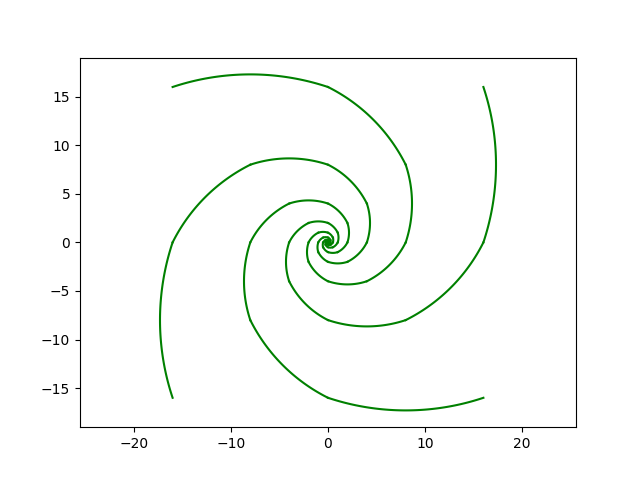
Repository: lbylzkx/Circle-Point-Manuscript
Script's output: python 卍spiral.py
These files come from the project's save history. The script's output is drawn as it stood at one moment and after the next save; the edit follows.
Random numbers start from a fixed seed.

Above is the script's output before, as saved 2023-09-25 16:58:13.

After the next save:
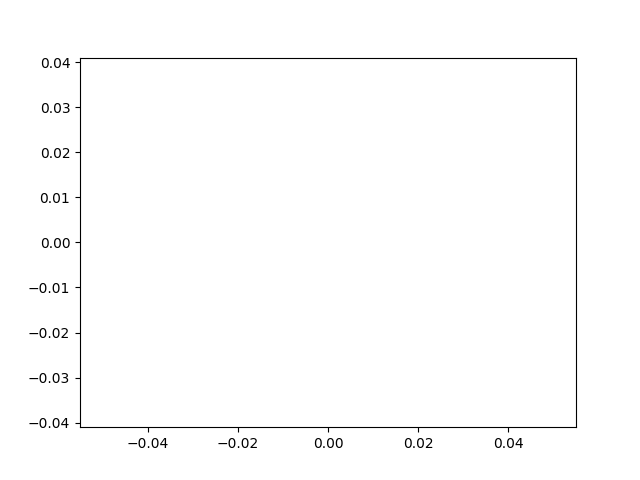
Saved 15 s later.
--- a/卍spiral.py
+++ b/卍spiral.py
@@ -67,11 +67,11 @@ def loutus_y_to_inverse(n, thelta=0):
 
 # 正旋
 # anticlockwise
-for alpha in range(0, 4):
-    for n in range(-10, 9):
-        arc_inverse((loutus_x_center(n, alpha*np.pi/2), loutus_y_center(n, alpha*np.pi/2)),
-                    (loutus_x_to(n, alpha*np.pi/2), loutus_y_to(n, alpha*np.pi/2)),
-                    (loutus_x_from(n, alpha*np.pi/2), loutus_y_from(n, alpha*np.pi/2)), 'g')
+# for alpha in range(0, 4):
+#     for n in range(-10, 9):
+#         arc_inverse((loutus_x_center(n, alpha*np.pi/2), loutus_y_center(n, alpha*np.pi/2)),
+#                     (loutus_x_to(n, alpha*np.pi/2), loutus_y_to(n, alpha*np.pi/2)),
+#                     (loutus_x_from(n, alpha*np.pi/2), loutus_y_from(n, alpha*np.pi/2)), 'g')
 # clockwise
 # for alpha in range(0, 4):
 #     for n in range(-10, 9):
